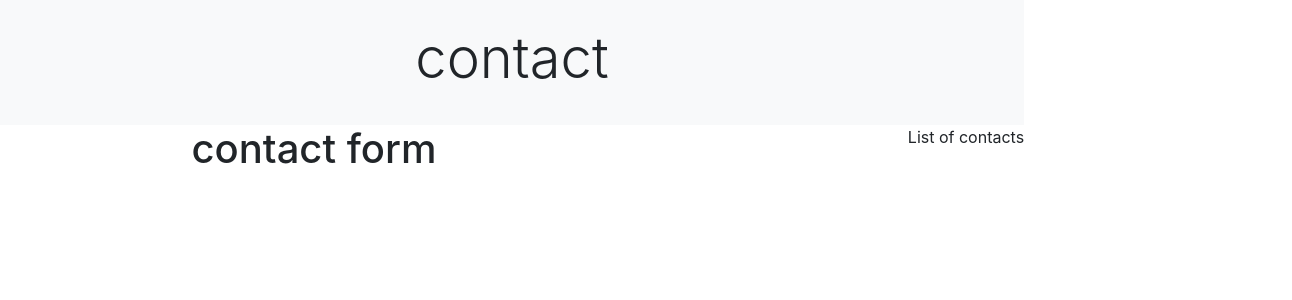
Repository: sahil801/my-react
Page: / (app in finalassignment/)
The author's editor kept a copy of each file at every save. The page is drawn from the files as they stood at one save, then again after the next save.
The browser window is 1280 px wide. The page is 1292 px wide, so the pictures cover 1292 px, including what lies to the right of the window. The pictures show the whole page.
The project was rebuilt for these pictures with package versions that can differ from the ones it lists, and the page was loaded fresh each time.

Above is the page before, as saved 2021-10-28 12:14:51.

### finalassignment/src/index.js
import React from 'react';
import 'bootstrap/dist/css/bootstrap.min.css';
import ReactDOM from 'react-dom';
import './index.css';
import App from './App';
import reportWebVitals from './reportWebVitals';

ReactDOM.render(
  <React.StrictMode>
    <App />
  </React.StrictMode>,
  document.getElementById('root')
);
reportWebVitals();

### finalassignment/src/App.js
import './App.css';
import Contacts from './components/contacts';
function App() {
  return (
    <div className="App">
      <Contacts/>
    </div>
  );
}

export default App;

### finalassignment/src/components/contacts.js
import React from 'react'
import Contactform from './contactform';
import 'bootstrap/dist/css/bootstrap.min.css';

export default function Contacts() {
    return (
        <>
        <div className="bg-light w-80" style={{padding: 25, width:'80%'}}>
            <div className="container p-250">
                <h1 className="display-4">contact</h1>
            </div>
        </div>
        <div className="row mt-10">
            <div className="col md-5">
                <Contactform/>
            </div>
            <div className="col md-7">
                <div>List of contacts</div>
            </div>
        </div>
        </>
    )
}

### finalassignment/src/components/contactform.js
import React from 'react'

export default function Contactform() {
    return (
        <div>
            <h1>contact form</h1>
        </div>
    )
}

Loaded but not shown: finalassignment/public/index.html (common file); finalassignment/src/index.css (common file); finalassignment/src/reportWebVitals.js (common file); finalassignment/src/App.css (common file)

After the next save:
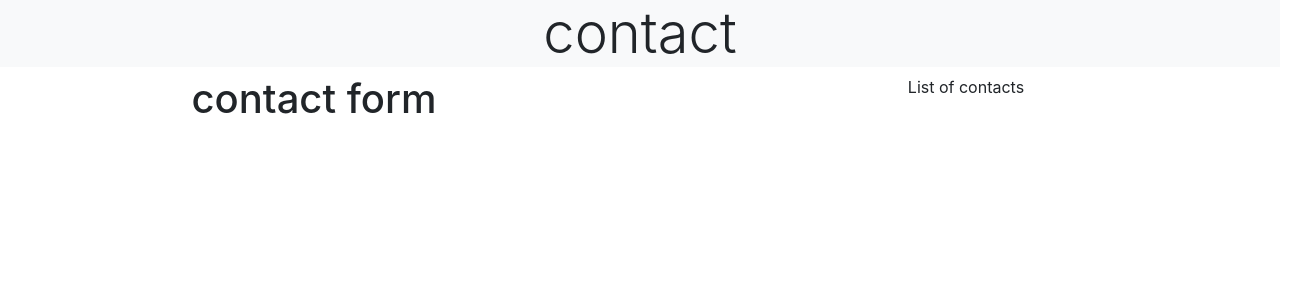
Saved 101 s later.
--- a/finalassignment/src/components/contacts.js
+++ b/finalassignment/src/components/contacts.js
@@ -5,7 +5,7 @@ import 'bootstrap/dist/css/bootstrap.min.css';
 export default function Contacts() {
     return (
         <>
-        <div className="bg-light w-80" style={{padding: 25, width:'80%'}}>
+        <div className="bg-light p-t-20">
             <div className="container p-250">
                 <h1 className="display-4">contact</h1>
             </div>
